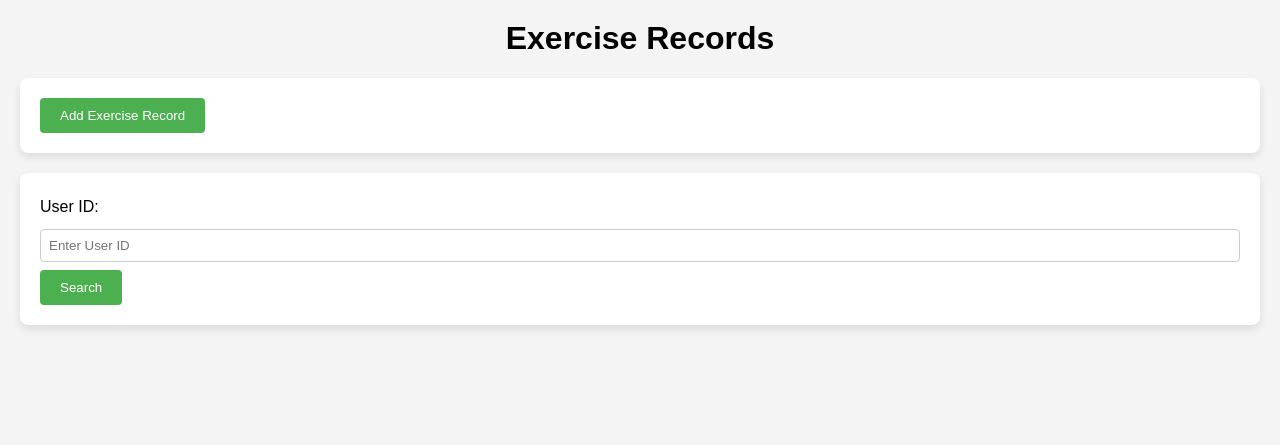
Repository: zilxhasu/eeit94-topic2
Page: topic2/src/main/webapp/html/index.html
The author's editor kept a copy of each file at every save. The page is drawn from the files as they stood at one save, then again after the next save.
The browser window is 1280 px wide. The pictures show the whole page.

Above is the page before, as saved 2025-02-22 09:39:32.

After the next save:
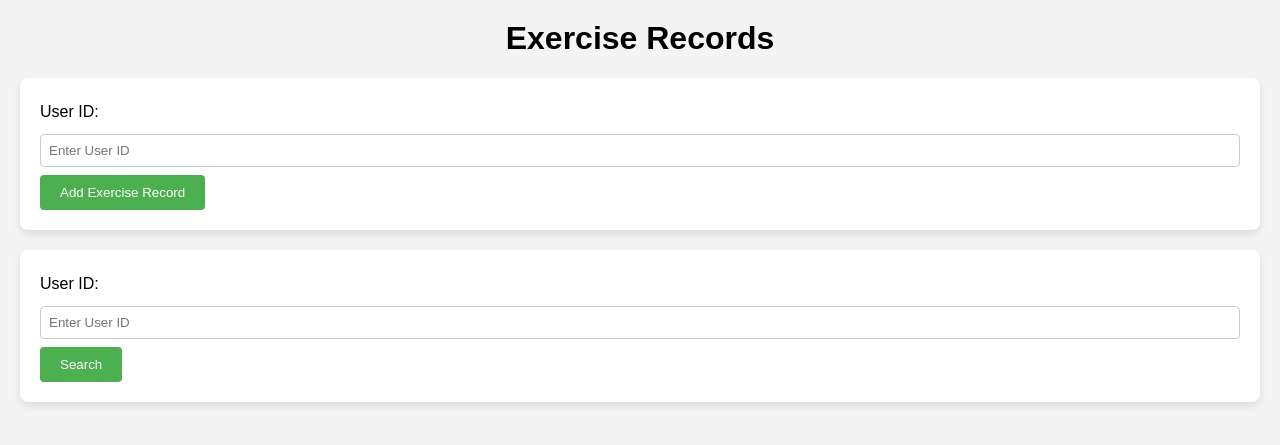
Saved 103 s later.
--- a/topic2/src/main/webapp/html/index.html
+++ b/topic2/src/main/webapp/html/index.html
@@ -59,6 +59,8 @@
 
     <!-- 新增運動紀錄的按鈕 -->
     <form action="/addExerciseRecord.jsp" method="get">
+        <label for="userId">User ID:</label>
+        <input type="number" name="userId" required placeholder="Enter User ID">
         <button type="submit">Add Exercise Record</button>
     </form>
 

After the save that followed:
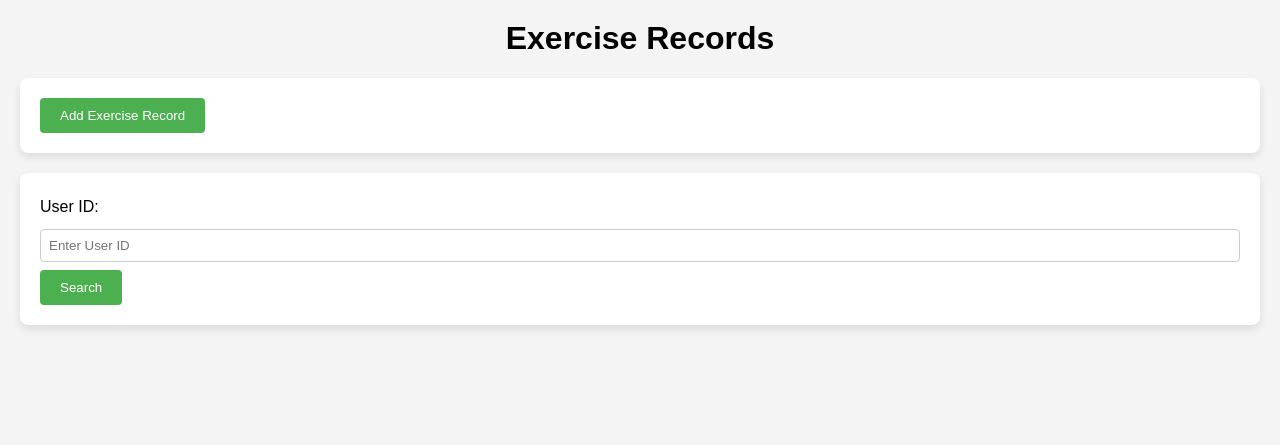
Saved 31 s later.
--- a/topic2/src/main/webapp/html/index.html
+++ b/topic2/src/main/webapp/html/index.html
@@ -59,8 +59,6 @@
 
     <!-- 新增運動紀錄的按鈕 -->
     <form action="/addExerciseRecord.jsp" method="get">
-        <label for="userId">User ID:</label>
-        <input type="number" name="userId" required placeholder="Enter User ID">
         <button type="submit">Add Exercise Record</button>
     </form>
 
